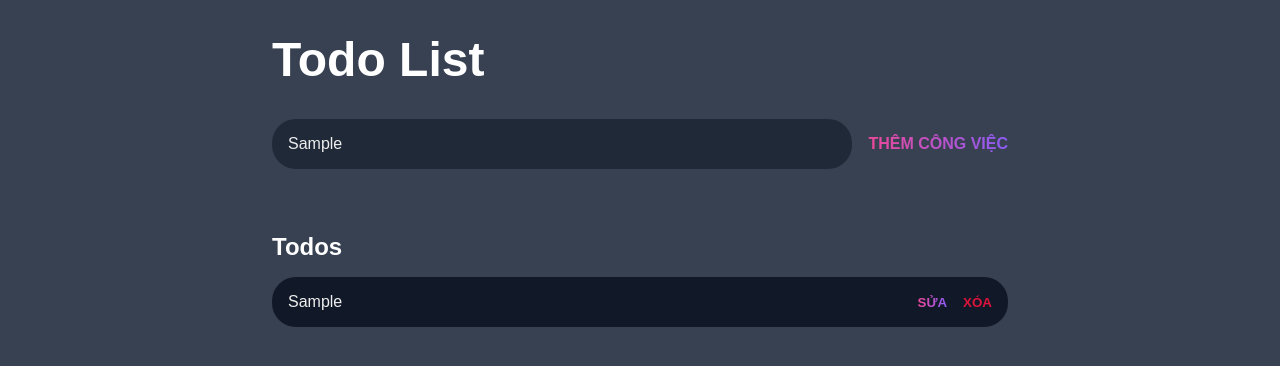
Repository: ntheanh/Todo-List
Page: index.html
The author's editor kept a copy of each file at every save. The page is drawn from the files as they stood at one save, then again after the next save.
The browser window is 1280 px wide. The pictures show the whole page.
Empty fields were first filled with sample values (such as "Sample", 5 or name@example.com).
After loading, the first visible `#new-todo-form` was submitted once.
The style sheet was rebuilt from its Sass, Less or Tailwind sources for each picture, by a compiler version that may differ from the author's.

Above is the page before, as saved 2023-03-16 14:16:17.

After the next save:
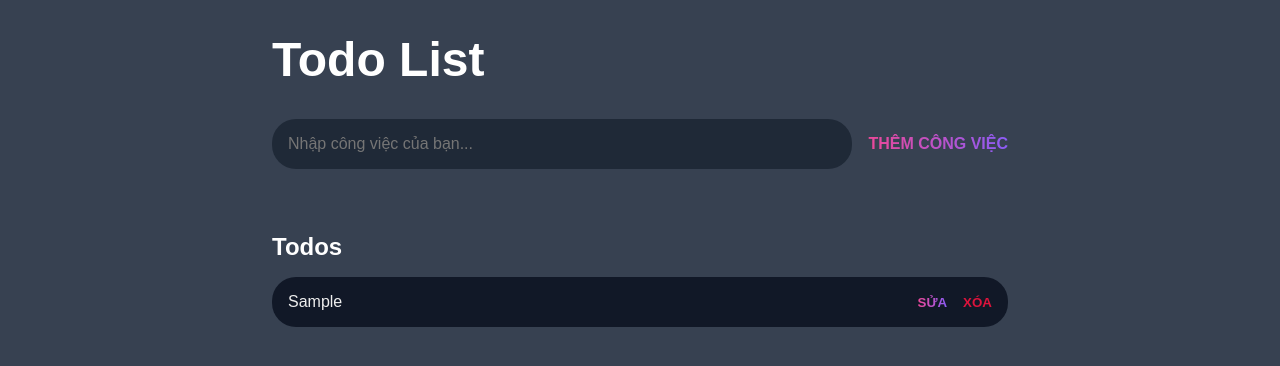
Saved 3 min 9 s later.
--- a/app.js
+++ b/app.js
@@ -47,5 +47,19 @@ window.addEventListener("load", () => {
     todo_el.appendChild(todo_actions);
 
     list_el.appendChild(todo_el);
+
+    input.value = "";
+
+    todo_edit.addEventListener("click", () => {
+      if (todo_input.innerText.toLowerCase() === "sửa") {
+        todo_input.removeAttribute("readonly");
+        todo_input.focus();
+        todo_input.select();
+        todo_input.innerText = "Lưu";
+      } else {
+        todo_input.setAttribute("readonly", "readonly");
+        todo_input.innerText = "Sửa";
+      }
+    });
   });
 });
